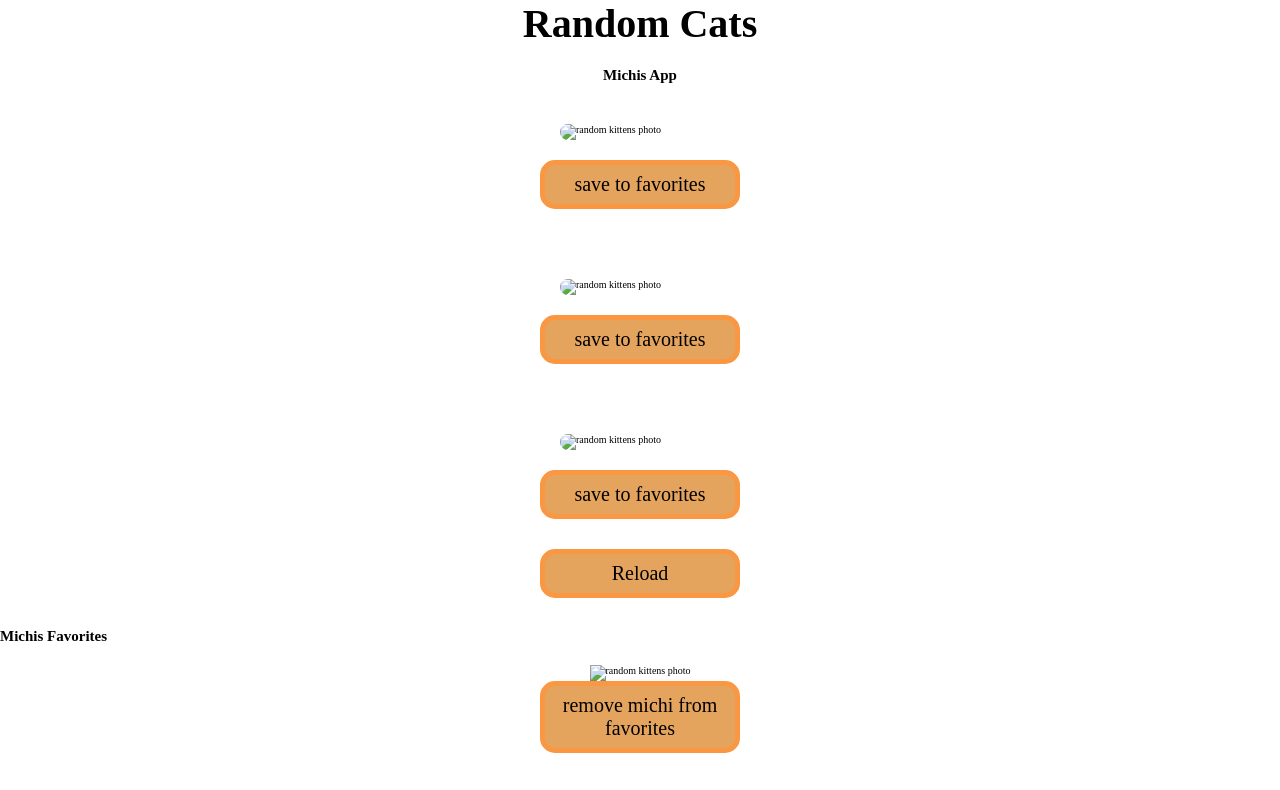
Repository: elto82/ConsumoAPIRESTjs
Page: index.html
An editor plug-in stored every save of this project. The page is shown before and after the next save, followed by the edit.
The browser window is 1280 px wide. The pictures show the whole page.
The page's requests for data from a server got no answer.

Above is the page before, as saved 2022-07-02 20:44:54.

### index.html
<!DOCTYPE html>
<html lang="en">

<head>
  <meta charset="UTF-8">
  <meta http-equiv="X-UA-Compatible" content="IE=edge">
  <meta name="viewport" content="width=device-width, initial-scale=1.0">
  <title>Random Cats</title>
  <link rel="stylesheet" href="style.css">
</head>

<body>
  <header>
    <h1>Random Cats</h1>
  </header>
  <section id="randomMichis" class="container">
    <h2>Michis App</h2>
    <article>
      <img id="img1" alt="random kittens photo" class="image">
      <button class="random-cat-button" onclick="reload()">save to favorites</button>
    </article>
    <article>
      <img id="img2" alt="random kittens photo" class="image">
      <button class="random-cat-button" onclick="reload()">save to favorites</button>
    </article>
    <article>
      <img id="img3" alt="random kittens photo" class="image">
      <button class="random-cat-button" onclick="reload()">save to favorites</button>
    </article>
    <button class="random-cat-button" onclick="reload()">Reload</button>
  </section>
  <section id="favoritesMichis">
    <h2>Michis Favorites</h2>
    <article>
      <img id="img3" alt="random kittens photo" class="image">
      <button class="random-cat-button" onclick="reload()">remove michi from favorites</button>
    </article>
  </section>
  <script src="./main.js"></script>
</body>

</html>

### style.css
* {
  box-sizing: border-box;
  margin: 0px;
  padding: 0px;
}
html {
  font-size: 62.5%;
}
body {
  font-family: 'Square Peg', cursive;
}
header {
  display: flex;
  justify-content: center;
}
h1 {
  font-size: 4rem;
}
article{
  display: flex;
  flex-direction: column;
  justify-content: center;
  place-items: center;
  padding: 20px;
}
.container {
  display: flex;
  flex-direction: column;
  justify-content: center;
  place-items: center;
  padding: 20px;
}
.container .image {
  border-radius: 20px;
  margin: 20px;
  width: 80%;
  height: auto;
}
.random-cat-button {
  align-items: center;
  background-color: rgb(228, 164, 94);
  border: 5px solid rgb(249, 151, 66);
  border-radius: 15px;
  cursor: pointer;
  font-family: 'Pacifico', cursive;
  font-size: 2rem;
  padding: 0.8rem;
  width: 20rem;
  height: auto;
  margin-bottom: 1rem;
}
.random-cat-button:hover {
  border: 5px solid rgb(228, 164, 94);
  background-color: rgb(227, 141, 67);
}

### main.js
/*--------------------------------------------- endpoint
const API_URL = "https://api.thecatapi.com/v1/images/search"; */
/* --------------------------------------------------------query parameters */
const API_URL = "https://api.thecatapi.com/v1/images/search?limit=3&api_key=11fb4c78-96c8-403c-b282-b8c4d38b4b60";

async function reload() {
  const res = await fetch(API_URL);
  const data = await res.json();

  console.log(data);
  const img1 = document.getElementById("img1");
  const img2 = document.getElementById("img2");
  const img3 = document.getElementById("img3");

  img1.src = data[0].url;
  img2.src = data[1].url;
  img3.src = data[2].url;
}
reload();

After the next save:
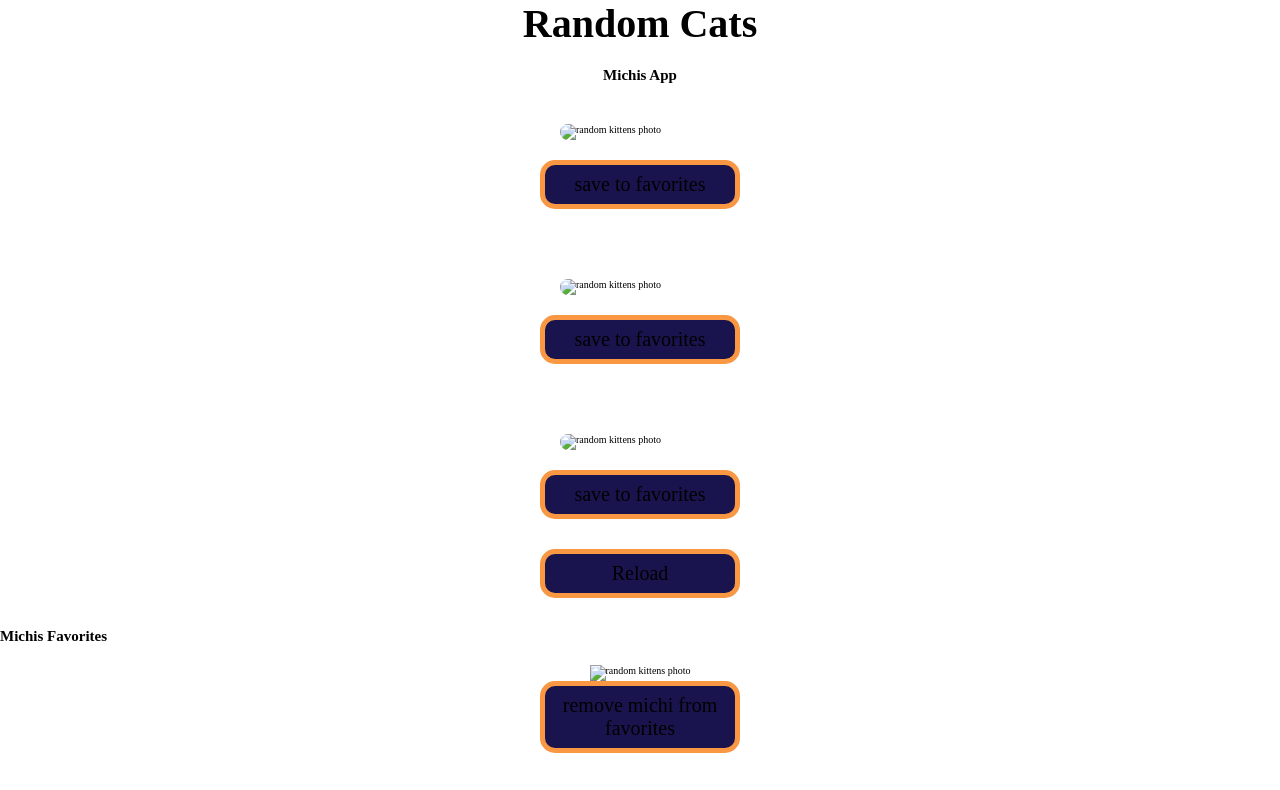
Saved 38 s later.
--- a/style.css
+++ b/style.css
@@ -38,7 +38,7 @@ article{
 }
 .random-cat-button {
   align-items: center;
-  background-color: rgb(228, 164, 94);
+  background-color: rgb(26, 20, 78);
   border: 5px solid rgb(249, 151, 66);
   border-radius: 15px;
   cursor: pointer;
